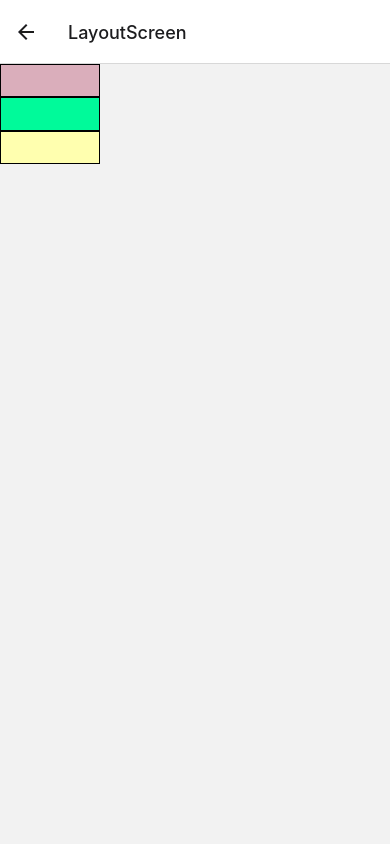
Repository: DS151-UFPR-2023/DS151_Israel-De-Quadros_EX4
Screen: /LayoutScreen
An editor plug-in stored every save of this project. The screen is shown before and after the next save, followed by the edit.
The app was drawn by React Native's web renderer in a window 390 px wide. The project was rebuilt for these pictures with package versions that can differ from the ones it lists, and the page was loaded fresh each time. Also part of the build but not shown: src/components/style.js, src/components/title/index.js, src/components/result/index.js, src/components/form/index.js, src/components/main/index.js, src/components/novoComponente/index.js, src/components/counterScreen.js, src/components/ColorList.js.

Above is the screen before, as saved 2023-09-08 18:40:22.

### App.js
import { StatusBar } from 'expo-status-bar';
import { StyleSheet, Text, View } from 'react-native';
import Title from './src/components/title';
import Main from './src/components/main';
import Home2 from './src/components/novoComponente';
import { NavigationContainer } from '@react-navigation/native';
import { createStackNavigator } from '@react-navigation/stack';
import HomeScreen from './src/HomeScreen';
import CounterScreen from './src/components/counterScreen';
import Form from './src/components/form';
import ColorList from './src/components/ColorList';
import LayoutScreen from './src/components/LayoutScreen';

const Stack = createStackNavigator();

export default function App() {
  return (
    <NavigationContainer>
      <Stack.Navigator>
        <Stack.Screen name="Home" component={HomeScreen} />
        <Stack.Screen name="Home2" component={Home2} />
        <Stack.Screen name="CounterScreen" component={CounterScreen} />
        <Stack.Screen name="Form" component={Form} />
        <Stack.Screen name="ColorList" component={ColorList} />
        <Stack.Screen name="LayoutScreen" component={LayoutScreen} />
      </Stack.Navigator>
    </NavigationContainer>
  );
}

const styles = StyleSheet.create({
  container: {
    flex: 1,
    backgroundColor: '#999',
    alignItems: 'center',
    justifyContent: 'center',
  },
});

### src/HomeScreen.js
import React from "react";
import { View, Text, StyleSheet, Button } from 'react-native';

function HomeScreen({ navigation }) {
    return (
        <View style={style.mainView}>
            <Text>Home Screen</Text>
            <Button title="Ir para Galeria!"
                onPress={() => navigation.navigate('Home2')}
            />
            <Button title="Ir para Counter!"
                onPress={() => navigation.navigate('CounterScreen')}
            />
            <Button title="Ir para Form!"
                onPress={() => navigation.navigate('Form')}
            />
            <Button title="Ir para ColorList!"
                onPress={() => navigation.navigate('ColorList')}
            />
            <Button title="Ir para LayoutScreen!"
                onPress={() => navigation.navigate('LayoutScreen')}
            />
        </View>
    )
}

export default HomeScreen;

const style = StyleSheet.create({
    mainView: {
        flex: 1,
        alignItems: 'center',
        justifyContent: 'center'
    }
})

### src/components/LayoutScreen.js
import React from "react";
import { View, Text, StyleSheet } from "react-native";

const LayoutScreen = () => {
    return (
        <View style={styles.root}>
            <View style={styles.elm1}></View>
            <View style={styles.elm2}></View>
            <View style={styles.elm3}></View>
        </View>
    )
}
const styles = StyleSheet.create({
    root: {
        width: 100,
        height: 100,
        backgroundColor: '#FFFFAF',
    },
    elm1 : {
        flex:1,
        borderWidth: 1,
        backgroundColor: '#DAAEBB',
    },
    elm2 : {
        flex:1,
        borderWidth: 1,
        backgroundColor: '#00FA9A',
    },
    elm3 : {
        flex:1,
        borderWidth: 1,
        backgroundColor: '#red',
    },
});
export default LayoutScreen;

After the next save:
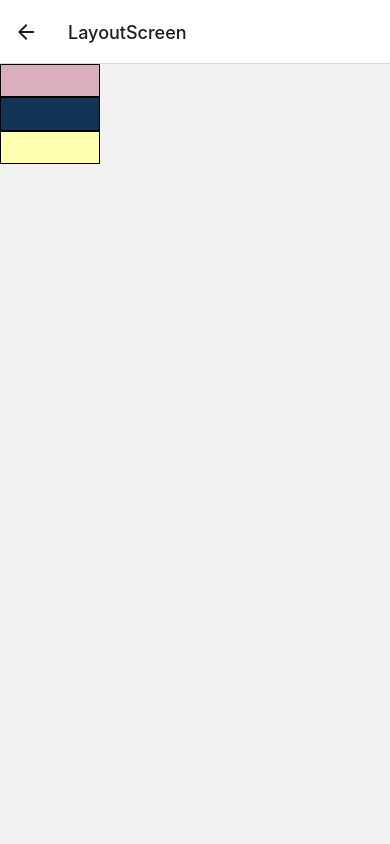
Saved 8 s later.
--- a/src/components/LayoutScreen.js
+++ b/src/components/LayoutScreen.js
@@ -24,7 +24,7 @@ const styles = StyleSheet.create({
     elm2 : {
         flex:1,
         borderWidth: 1,
-        backgroundColor: '#00FA9A',
+        backgroundColor: '#123456',
     },
     elm3 : {
         flex:1,
